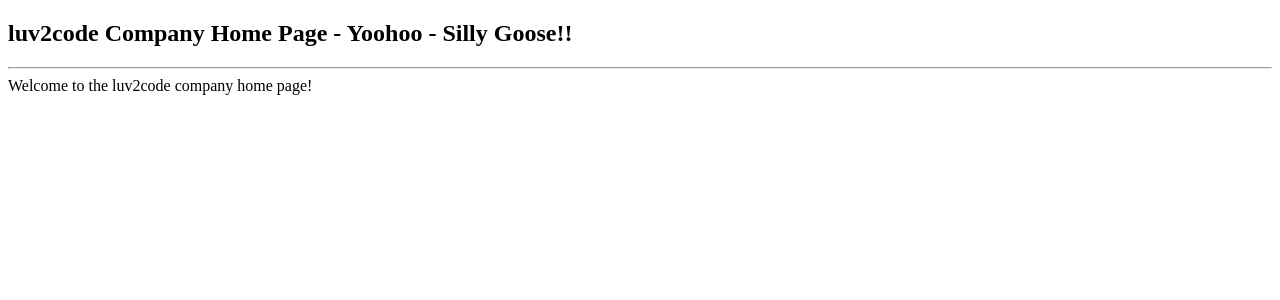
Repository: shinjuno123/spring-security
Page: http://localhost/spring-security-demo-07-user-roles/WEB-INF/view/home.jsp
An editor plug-in stored every save of this project. The page is shown before and after the next save, followed by the edit.
The browser window is 1280 px wide. The pictures show the whole page.
The page is served by Tomcat 9. Nobody is signed in. The template is opened directly, without the code that normally fills it, so the values that code supplies are empty.

Above is the page before, as saved 2023-01-11 14:30:39.

After the next save:
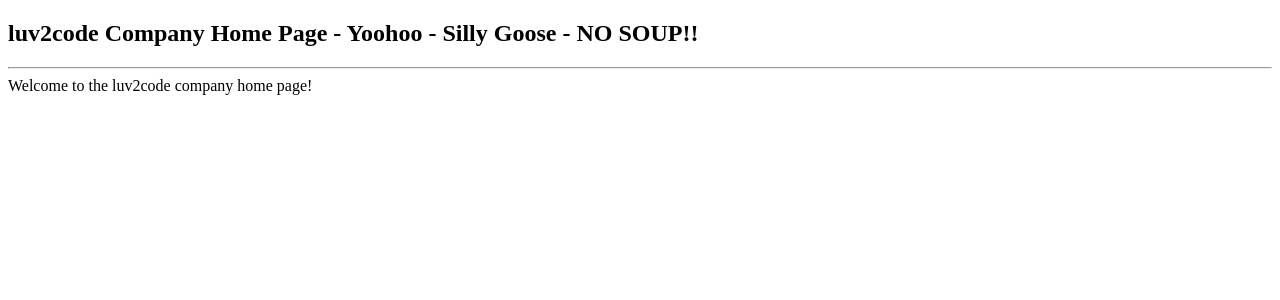
Saved 88 s later.
--- a/spring-security-demo-07-user-roles/src/main/webapp/WEB-INF/view/home.jsp
+++ b/spring-security-demo-07-user-roles/src/main/webapp/WEB-INF/view/home.jsp
@@ -4,7 +4,7 @@
 	<title>luv2code Company Home Page</title>
 </head>
 <body>
-	<h2>luv2code Company Home Page - Yoohoo - Silly Goose!!</h2>
+	<h2>luv2code Company Home Page - Yoohoo - Silly Goose - NO SOUP!!</h2>
 	<hr>
 
 	Welcome to the luv2code company home page!
